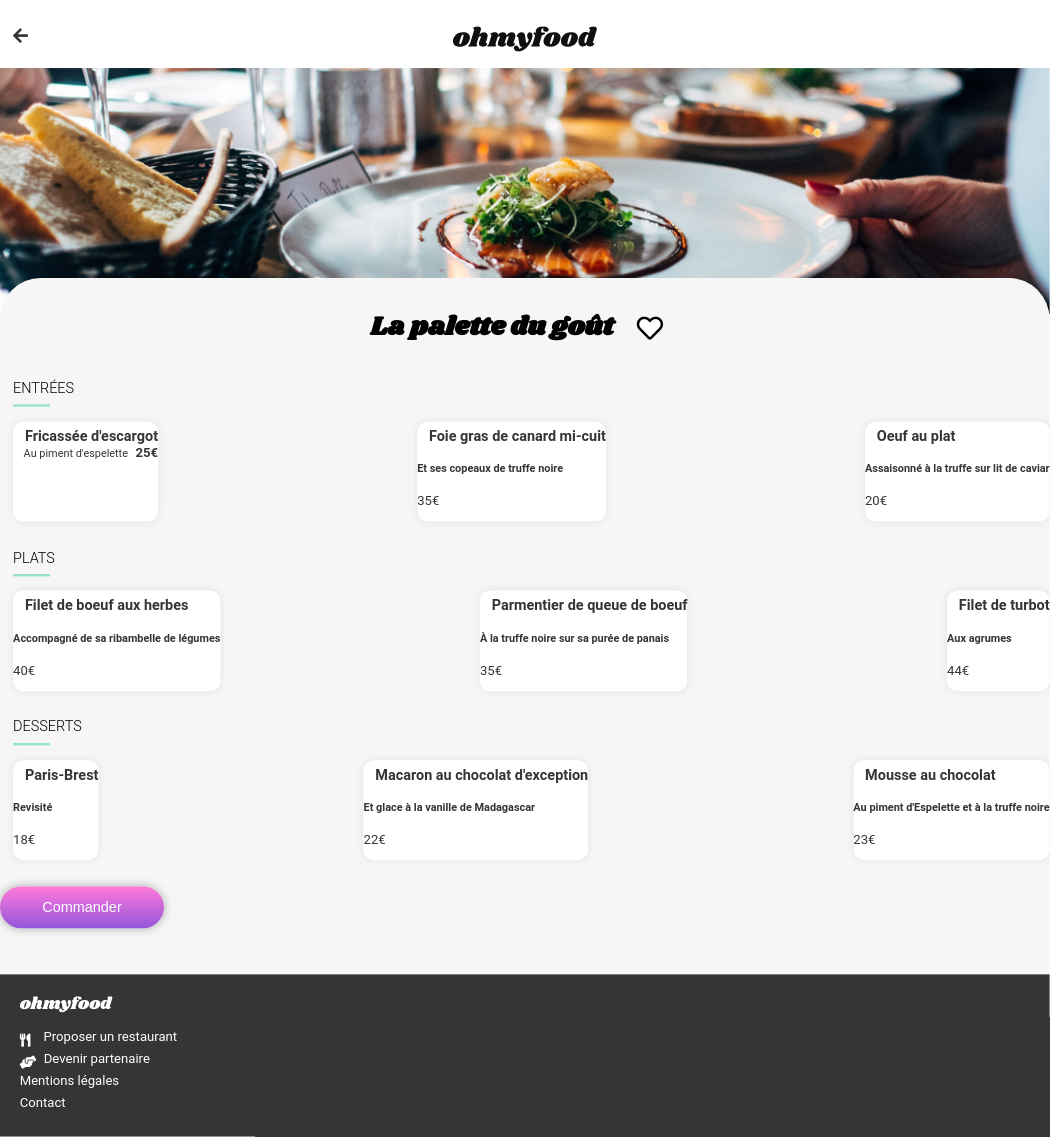
Repository: AlexisTisserand/AlexisTisserand_3_24112020
Page: menu-la-palette-du-gout.html
These files come from the project's save history. The page is drawn as it stood at one moment and after the next save; the edit follows.
The browser window is 1280 px wide. The pictures show the whole page, at 82% of full size.
Some web libraries are served in a nearby version. The style sheet was rebuilt from its Sass, Less or Tailwind sources for each picture, by a compiler version that may differ from the author's.

Above is the page before, as saved 2020-12-03 14:35:15.

### menu-la-palette-du-gout.html
<!DOCTYPE html>
<html lang="fr">

<head>
    <meta charset="UTF-8"/>
    <meta name="viewport" content="width=device-width, initial-scale=1">
    <meta name="descritpion" content="Menu - La palette du goût">
    <meta name="author" content="Alexis Tisserand">
    <link rel="stylesheet" href="https://use.fontawesome.com/releases/v5.4.1/css/all.css" integrity="sha384-5sAR7xN1Nv6T6+dT2mhtzEpVJvfS3NScPQTrOxhwjIuvcA67KV2R5Jz6kr4abQsz" crossorigin="anonymous">
    <link rel="stylesheet" href="style.css"/>
    <title>Menu - La palette du goût</title>
</head>
<body>

    <div id=bloc-page>

    <!--HEADER-->

    <header>
        <a href="index.html">
            <i class="fas fa-arrow-left"></i>
        </a>
        <div class="logo">
            <img src="images/logo/ohmyfood@2x.svg" alt="Logo ohmyfood"/>
        </div>
    </header>

    <section>

        <div class="restaurant-img">
            <img src="images/restaurants/la_palette_du_gout-min.jpg" alt="La Palette Du Goût"/>
        </div>

        <div class="restaurant-menu">
            <div class="restaurant-menu--titre">
                <h2>La palette du goût</h2>
                <div class="card-restaurant-legende-heart">
                    <span class="fa-stack">
                        <i class="fas fa-heart fa-stack-2x"></i>
                        <i class="far fa-heart fa-stack-2x"></i>
                    </span>
                </div>
            </div>

                <h3>ENTRÉES</h3>

                <div class="restaurant-menu-carte">
                    <div class="restaurant-menu--plats">
                        <h4>Fricassée d'escargot</h4>
                        <div class="restaurant-menu--plats--accompagnements">
                            <h5>Au piment d'espelette</h5>
                            <p>25€</p>
                        </div>
                    </div>

                    <div class="restaurant-menu--plats">
                        <h4>Foie gras de canard mi-cuit</h4>
                        <h5>Et ses copeaux de truffe noire</h5>
                        <p>35€</p>
                    </div>

                    <div class="restaurant-menu--plats">
                        <h4>Oeuf au plat</h4>
                        <h5>Assaisonné à la truffe sur lit de caviar</h5>
                        <p>20€</p>
                    </div>
                </div>

                <h3>PLATS</h3>

                <div class="restaurant-menu-carte">
                    <div class="restaurant-menu--plats">
                        <h4>Filet de boeuf aux herbes</h4>
                        <h5>Accompagné de sa ribambelle de légumes</h5>
                        <p>40€</p>
                    </div>

                    <div class="restaurant-menu--plats">
                        <h4>Parmentier de queue de boeuf</h4>
                        <h5>À la truffe noire sur sa purée de panais</h5>
                        <p>35€</p>
                    </div>

                    <div class="restaurant-menu--plats">
                        <h4>Filet de turbot</h4>
                        <h5>Aux agrumes</h5>
                        <p>44€</p>
                    </div>
                </div>

                <h3>DESSERTS</h3>
                <div class="restaurant-menu-carte">
                    <div class="restaurant-menu--plats">
                        <h4>Paris-Brest</h4>
                        <h5>Revisité</h5>
                        <p>18€</p>
                    </div>

                    <div class="restaurant-menu--plats">
                        <h4>Macaron au chocolat d'exception </h4>
                        <h5>Et glace à la vanille de Madagascar</h5>
                        <p>22€</p>
                    </div>

                    <div class="restaurant-menu--plats">
                        <h4>Mousse au chocolat </h4>
                        <h5>Au piment d'Espelette et à la truffe noire</h5>
                        <p>23€</p>
                    </div>
                </div>

            <button class="description-ohmyfood-explorer" type="button">Commander</button>

        </div>
    </section>

    <footer>
        <h2>ohmyfood</h2>
        <div class="footer-img-text">
            <i class="fas fa-utensils"></i>
            <h3>Proposer un restaurant</h3>
        </div>
        <div class="footer-img-text">
            <i class="fas fa-hands-helping"></i>
            <h3>Devenir partenaire</h3>
        </div>
        <h3>Mentions légales</h3>
        <a href="mailto:ohmyfood@outlook.com"><h3>Contact</h3></a>
    </footer>

</body>
</html>

### sass/style.scss
@import "libs/fonts.scss";
@import "libs/media.scss";

/*COULEURS VARIABLES*/
$primary: #9356DC;
$secondary: #FF79DA;
$tertiary: #99E2D0;
$color-text: #353535;
$color-background: #f6f6f6;
$color-box-shadow :#e5e5e5;

/*VARIABLES TAILLE ET FONT FAMILY*/
$font-family: 'roboto', 'Raleway', 'Trebuchet MS', 'Lucida Sans Unicode', 'Lucida Grande', 'Lucida Sans', Arial, sans-serif;;
$size: 1rem;

/*Extensions*/
.box-shadow{
    box-shadow: 0px 0px 8px 1px $color-box-shadow;
    color: $color-text;
    border: none;
    border-radius: 25px;
    width: 350px;
    background-color: $color-background;
}

.margin-plats{
    margin: 0.5rem 0 0rem 0.9rem;
}

.cercle{
    background-color: $primary;
    color: white;
    padding: 8px;
    border-radius: 50px;
    margin-right: 25px;
    margin-left: -15px;
    width: 15px;
    height: 15px;
    text-align: center;
    align-content: center;
    font-size: $size;
    line-height: 15px;
    font-weight: light;
}

.transition-background{
    transition: background-color 200ms;
}

body{
    background-color: white;
    font-family: $font-family;
    margin: auto;
}

a{
    text-decoration: none;
    color: black;
}

#bloc-page{
    width: 100%;
    margin: auto;
    max-width: 2000px;
    min-width: 100px;
}

/*HEADER*/

header{
    text-align: center;
    .logo{
        margin-top: $size + 1rem;
        img{
            width: $size + 10rem;
        }
    }
}

.search-bar{
    display: flex;
    background-color: #EAEAEA;
    box-shadow: 0px -2px 5px 0px #CFCFCF;
    height: $size + 2rem;
    margin-top: 1rem;
    align-items: center;
    justify-content: center;
    .fas{
        font-size: $size;
        margin-bottom: 1rem;
    }
    .search-bar-button{
        color: $color-text;
        font-size: $size + 0.5rem;
    }
    .search-bar-text-input{
        outline: none;
        padding: 0;
        background-color: #EAEAEA;
        border: none;
        color: $color-text;
        font-size: $size;
        font-weight: bold;
        text-align: center;
        width: 180px;
    }
}

/*SECTION DESCRIPTION*/

#description-ohmyfood{
    display: flex;
    flex-direction: column;
    background-color: $color-background;
    align-items: center;
    text-align: center;
    h2{
        font-size: $size + 0.7rem ;
        padding: $size;
        margin-bottom: 0;
        margin-top: $size + 0.5rem;
    }
    h3{
        font-size: $size + 0.2rem ;
        font-weight: 300;
        margin-top: 0;
        padding: $size - 0.5rem, $size + 1rem ;
    }
    button{
        font-size: $size + 0.1rem;
        margin-top: $size;
        font-weight: normal;
        color: white;
        background: linear-gradient($secondary, $primary);
        position: relative;
        border: none;
        box-shadow: 0px 0px 10px 1px #b6b3b3;
        border-radius: 40px;
        padding: 15px 20px;
        margin-bottom: $size + 2.5rem;
        transition: transform cubic-bezier(1,0,0,1) 500ms, background 500ms, ;
        &:hover{
            background: lighten($color: $secondary, $amount: 5);
            box-shadow: 0px 0px 7px 3px #484B4C;
            transform: scale(1.1);
            cursor: pointer;
        }
        &:active{
            border-style: none;
        }
        &:focus{
            outline:none;
        }
}


}

/*FONCTIONNEMENT*/

#fonctionnement{
    display: flex;
    align-items: center;
    flex-direction: column;
    background-color: white;
    h2{
        margin: 3*$size $size $size;
    }
    ul{
        padding: 10px;
        margin-top: - $size;
    }
}

.fonctionnement-nav{
    display: flex;
    flex-wrap: wrap;
    justify-content: space-around;
    &-etape{
        display: flex;
        flex-direction: row;
        align-items: center;
        margin: 15px 30px ;
        @extend .transition-background;
        @extend .box-shadow;
        &:hover{
        background-color: rgba($color:$primary, $alpha: 0.15);
        cursor: pointer;
        &:hover .fas{
        color: $primary;
        }
    }
    h5{
        @extend .cercle;
    }
    .fas{
        margin-right: 15px;
        color: #7e7e7e;
        font-size: $size + 0.2rem;
        margin-right: $size;
        }
    }
    &-etape.active{
        background-color: rgba($color:$primary, $alpha: 0.15);
        .fas{
            color: $primary;
        }
    }
}

/*RESTAURANTS*/

#restaurants{
    display: flex;
    flex-direction: column;
    background-color: $color-background;
    h2{
        margin: 3*$size $size $size;
    }
}

.card-restaurant{
    display: flex;
    position: relative;
    z-index: 1;
    flex-direction: column;
    background-color: white;
    border-radius: 20px;
    box-shadow: 0px 0px 8px 1px $color-box-shadow;
    margin: 15px;
    box-sizing: border-box;
    transition: ease-in-out 200ms;
    &:hover{
        transform: scale(1.01);
    }
    img{
    height: 200px;
    position: relative;
    z-index: 1;
    object-fit: cover;
    width: 100%;
    border-radius: 1rem 1rem 0 0;
    }
    &-nouveau{
        background-color: $tertiary;
        color: #39a98e;
        position: absolute;
        top: 8px;
        right: 16px;
        padding: 7px;
        border-radius: 5px;
        z-index: 2;
    }
    &-legende{
        display: flex;
        flex-direction: row;
        justify-content: space-between;
        &-text{
            display: flex;
            flex-direction: column;
            margin-left: $size;
            h4{
                font-size: $size + 0.2rem;
                margin-top: $size;
                margin-bottom: 0;
            }
            h5{
                margin-top: 0.2 * $size;
                margin-bottom: $size;
                font-weight: 300;
                font-size: $size + 0.1rem;
            }
        }
        &-heart{
            align-self: center;
            margin-right: 2 * $size;
            .fas{
                color: white;
                &:hover{
                    background: red;
                }
            }
            .far{
                color: black;
                &:hover{
                    color:black
                }
            }
        }
    }
}

/*FOOTER*/

footer{
    padding: $size + 0.5rem;
    background-color: $color-text;
    color: white;
    h2{
        font-family: 'Shrikhand';
        font-weight: normal;
        font-size: $size + 0.3rem;
        margin-top: 0;
    }
    h3{
        margin: 0;
        font-weight: 400;
        margin-bottom: 0.5 * $size;
        font-size: initial;
    }
    .footer-img-text{
        display: flex;
        flex-direction: row;
        align-items: center;
        .fas{
            margin-right: $size;
            &.fa-hands-helping{
                margin-right: 0.58* $size;
            }
        }
    }
    a{
        color: white;
    }
}

/*********************************************************/
/*MEDIA QUERIES ACCUEIL*/
/*********************************************************/

/*LARGE DEVICES*/
@media screen and (min-width: 1268px){

    #restaurants{
        display: grid;
        grid-template-columns: repeat(4, 1fr);
        grid-template-rows: auto auto auto ;
        margin-bottom: 0px;
    }   h2{
        grid-column: 1/-1;
    }
}

/*MEDIUM DEVICES*/
@media screen and (max-width: 1267px){

    .fonctionnement-nav{
        justify-content: center;
        &-etape{
            width: 50%;
        }
    }

    #restaurants{
        display: grid;
        grid-template-columns: repeat(2, 1fr);
        grid-template-rows: auto auto auto ;
        h2{
            grid-column: 1/-1;
        }
    }
}

/*SMALL DEVICES*/
@media screen and (max-width: 660px){
    .fonctionnement-nav-etape{
        width: 100%;
    }

    #restaurants{
        display: grid;
        grid-template-columns: 1fr;
        grid-template-rows: auto auto auto ;
        h2{
            grid-column: 1/-1;
        }
    }

}

/*********************************************************/
/*MENU LA PALETTE DU GOÛT*/
/*********************************************************/


header{
    a{
        position: absolute;
        left: $size;
        color: $color-text;
        font-size: $size + 0.3rem;
    }
}

.restaurant-img{
    img{
        object-fit: cover;
        width: 100%;
        height: 300px;
        margin-top: $size;
        position: relative;
        z-index: 0;
    }
}

.restaurant-menu{
    background-color: $color-background;
    border-radius: 50px 50px 0 0;
    margin-top: - 3rem;
    position: relative;
    display: flex;
    z-index: 1;
    flex-direction: column;
    width: 100%;
    &--titre{
        display: flex;
        flex-direction: row;
        justify-content: center;
        align-items: center;
        margin-top: $size;
        h2{
            font-family: 'Shrikhand';
            font-size: $size + 1rem;
            margin-right: $size + 0.5rem;
            margin-left: $size;
        }
    }
    &-carte{
        display: flex;
        flex-direction: row;
        flex-wrap: wrap;
        justify-content: space-between;
    }
    h3{
        font-weight: 300;
        font-size: $size + 0.1rem;
        margin-left: $size;
        border-bottom: $tertiary 3px solid;
        width: 45px;
        padding-bottom: 10px;
    }
    &--plats{
        background-color: white;
        box-shadow: 0px 0px 8px 1px $color-box-shadow;
        color: $color-text;
        border: none;
        border-radius: 13px;
        margin-left: $size;
        margin-bottom: $size;
        h4{
        @extend .margin-plats;
        font-size: $size + 0.1rem;
        }
        &--accompagnements{
            display: flex;
            flex-direction: row;
            align-content: center;
            justify-content: space-between;
            h5{
                font-weight: 400;
                margin: 0.2rem 0 0.5rem 0.8rem;
            }
            p{
                font-weight: bold;
                margin: 0 ;
            }
        }
    }
    button{
        width: 200px;
        font-size: $size + 0.1rem;
        margin-top: $size;
        font-weight: normal;
        color: white;
        background: linear-gradient($secondary, $primary);
        position: relative;
        border: none;
        box-shadow: 0px 0px 10px 1px #b6b3b3;
        border-radius: 40px;
        padding: 15px 20px;
        margin-bottom: $size + 2.5rem;
        transition: transform cubic-bezier(1,0,0,1) 500ms, background 500ms ;
        &:hover{
            background: lighten($color: $secondary, $amount: 5);
            box-shadow: 0px 0px 7px 3px #484B4C;
            transform: scale(1.1);
            cursor: pointer;
        }
        &:active{
            border-style: none;
        }
        &:focus{
            outline:none;
        }
    }
}

### sass/libs/fonts.scss
@font-face {
    font-family: 'robotoregular';
    src: url('Fonts/roboto/Roboto-Regular-webfont.eot');
    src: url('Fonts/roboto/Roboto-Regular-webfont.eot?#iefix') format('embedded-opentype'),
         url('Fonts/roboto/Roboto-Regular-webfont.woff2') format('woff2'),
         url('Fonts/roboto/Roboto-Regular-webfont.woff') format('woff'),
         url('Fonts/roboto/Roboto-Regular-webfont.ttf') format('truetype'),
         url('Fonts/roboto/Roboto-Regular-webfont.svg#robotoregular') format('svg');
    font-weight: normal;
    font-style: normal;

}

@font-face {
    font-family: 'Shrikhand';
    src: url('Fonts/Shrikhand-Regular.eot');
    src: url('Fonts/Shrikhand-Regular.eot?#iefix') format('embedded-opentype'),
        url('Fonts/Shrikhand-Regular.woff2') format('woff2'),
        url('Fonts/Shrikhand-Regular.woff') format('woff'),
        url('Fonts/Shrikhand-Regular.ttf') format('truetype'),
        url('Fonts/Shrikhand-Regular.svg#Shrikhand-Regular') format('svg');
    font-weight: normal;
    font-style: italic;
    font-display: swap;
}

@font-face {
    font-family: 'robotoblack_italic';
    src: url('Fonts/roboto/Roboto-BlackItalic-webfont.eot');
    src: url('Fonts/roboto/Roboto-BlackItalic-webfont.eot?#iefix') format('embedded-opentype'),
         url('Fonts/roboto/Roboto-BlackItalic-webfont.woff2') format('woff2'),
         url('Fonts/roboto/Roboto-BlackItalic-webfont.woff') format('woff'),
         url('Fonts/roboto/Roboto-BlackItalic-webfont.ttf') format('truetype'),
         url('Fonts/roboto/Roboto-BlackItalic-webfont.svg#robotoblack_italic') format('svg');
    font-weight: normal;
    font-style: normal;

}

@font-face {
    font-family: 'robotoblack';
    src: url('Fonts/roboto/Roboto-Black-webfont.eot');
    src: url('Fonts/roboto/Roboto-Black-webfont.eot?#iefix') format('embedded-opentype'),
         url('Fonts/roboto/Roboto-Black-webfont.woff2') format('woff2'),
         url('Fonts/roboto/Roboto-Black-webfont.woff') format('woff'),
         url('Fonts/roboto/Roboto-Black-webfont.ttf') format('truetype'),
         url('Fonts/roboto/Roboto-Black-webfont.svg#robotoblack') format('svg');
    font-weight: normal;
    font-style: normal;

}

### sass/libs/media.scss
@media screen and (max-width: 1266px){

    .fonctionnement-nav-etape{
        margin: 15px 10px;
    }

    .card-restaurants{
        width: 50%;
    }
}

After the next save:
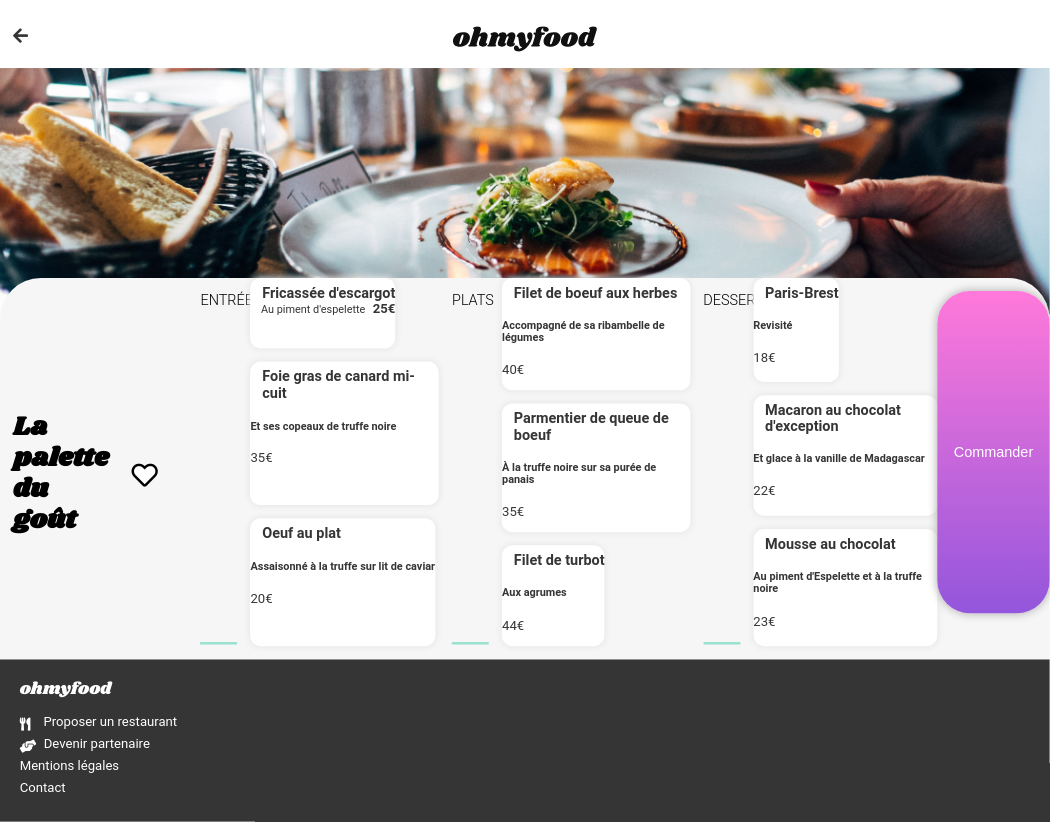
Saved 57 s later.
--- a/sass/style.scss
+++ b/sass/style.scss
@@ -410,7 +410,7 @@
     position: relative;
     display: flex;
     z-index: 1;
-    flex-direction: column;
+    flex-direction: row;
     width: 100%;
     &--titre{
         display: flex;

After the save that followed:
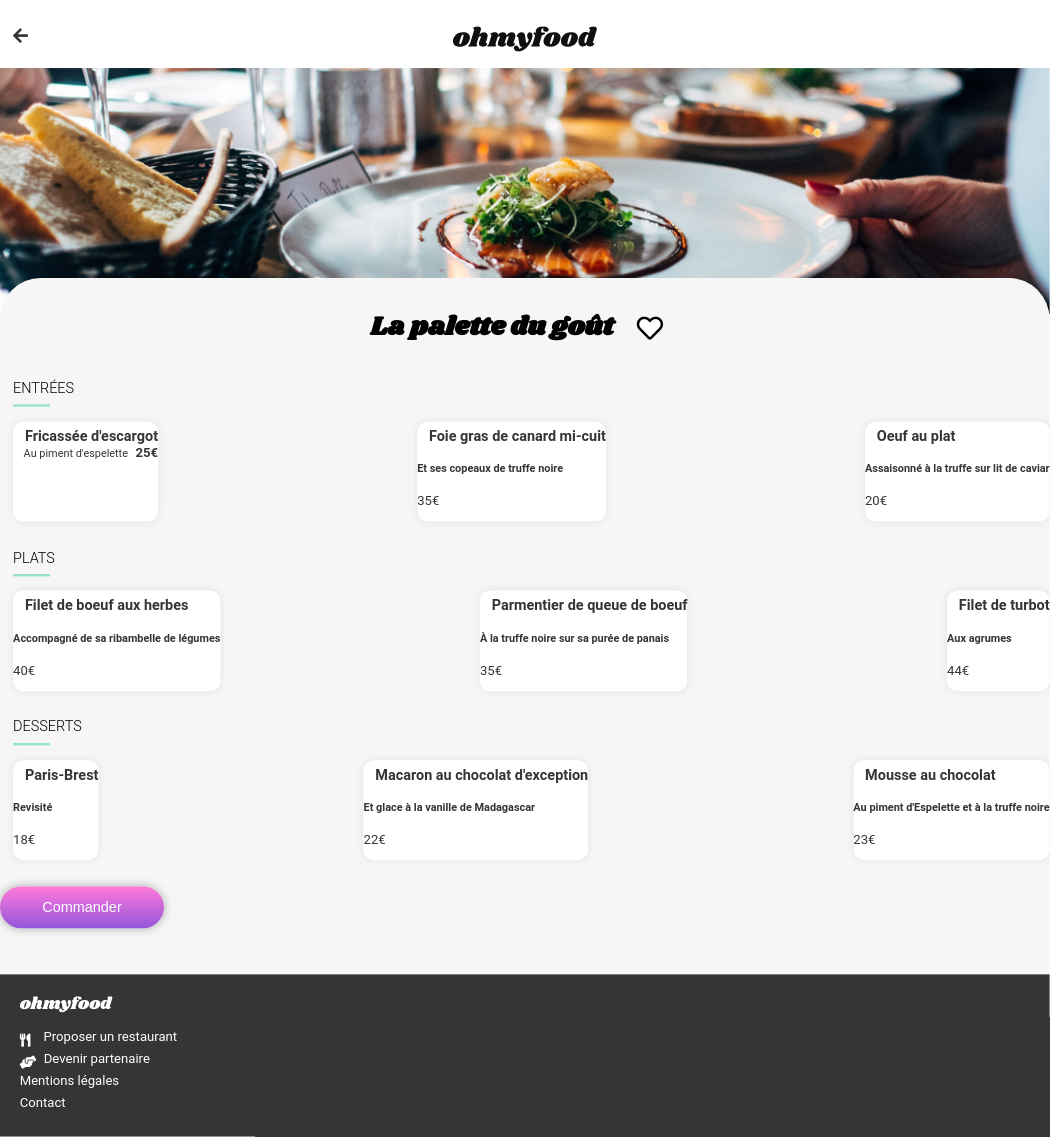
Saved 51 s later.
--- a/sass/style.scss
+++ b/sass/style.scss
@@ -410,7 +410,7 @@
     position: relative;
     display: flex;
     z-index: 1;
-    flex-direction: row;
+    flex-direction: column;
     width: 100%;
     &--titre{
         display: flex;
